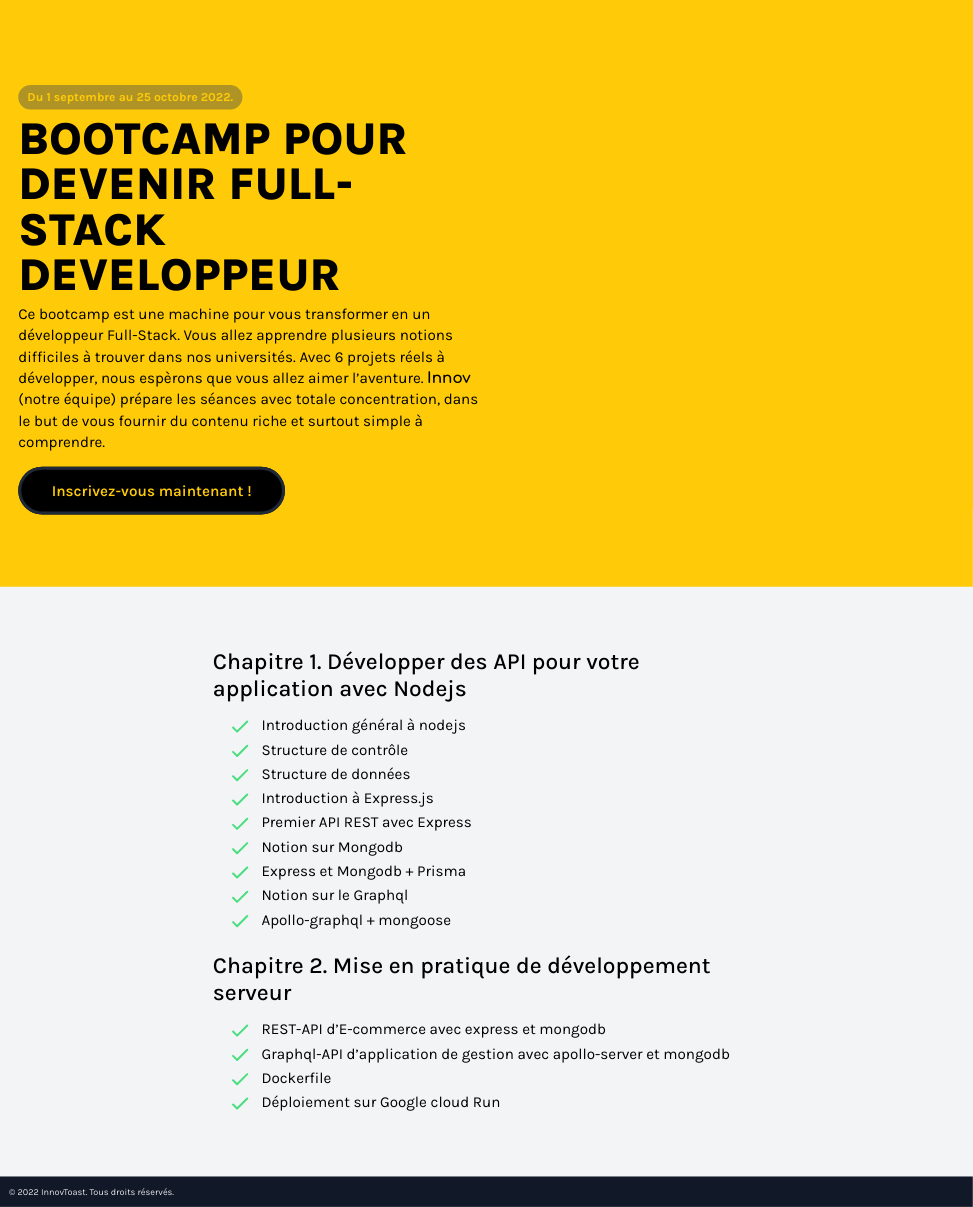
Repository: alfredlwanzo/course
Page: /
The author's editor kept a copy of each file at every save. The page is drawn from the files as they stood at one save, then again after the next save.
The browser window is 1280 px wide. The pictures show the whole page, at 76% of full size.
The project was rebuilt for these pictures with package versions that can differ from the ones it lists, and the page was loaded fresh each time. The framework's server and built-in components were replaced by stand-ins that run in the browser. Also part of the build but not shown: next.config.js.

Above is the page before, as saved 2022-08-08 17:55:42.

### pages/_app.tsx
import '../src/styles/globals.css'
import type { AppProps } from 'next/app'

function MyApp({ Component, pageProps }: AppProps) {
  return <Component {...pageProps} />
}

export default MyApp

### pages/index.tsx
import Footer from '@src/components/Footers/Footer'
import ContentSection from '@src/components/sections/Content'
import HomeSection from '@src/components/sections/Home'
import type { NextPage } from 'next'
import Head from 'next/head'
import Image from 'next/image'


const Home: NextPage = () => {
  return (
    <div className="">
      <Head>
        <title>Innov | Bootcamp pour devenir fullStack developpeur</title>
        <meta name="description" content="Generated by create next app" />
        <link rel="icon" href="/favicon.ico" />
      </Head>

      <main className="">
       <section className="bg-primary py-28">
        {/* section Home */}
        <HomeSection/>
       </section>
       <section className="py-20">
        <ContentSection/>
       </section>
      </main>

      <Footer/>
    </div>
  )
}

export default Home

### src/styles/globals.css

/* Fonts: Comfortaa & Karla */
@import url('https://fonts.googleapis.com/css2?family=Comfortaa:wght@300;400;500;600;700&display=swap');
@import url('https://fonts.googleapis.com/css2?family=Karla:ital,wght@0,200;0,300;0,400;0,500;0,600;0,700;0,800;1,200;1,300;1,400;1,500;1,600;1,700;1,800&display=swap');

/* tailwind */
@tailwind base;
@tailwind components;
@tailwind utilities;


html,
body {
  padding: 0;
  margin: 0;
  @apply bg-gray-100;
  font-family: 'Karla', sans-serif;
}

a {
  color: inherit;
  text-decoration: none;
}

* {
  box-sizing: border-box;
}

### src/components/Footers/Footer.tsx
import React from 'react'
import Copyright from './copyright'

const Footer = () => {
  return (
    <div className='bg-gray-900'>
        <Copyright/>
    </div>
  )
}

export default Footer

### src/components/sections/Content.tsx
import React from "react";
import { CheckIcon } from "@heroicons/react/outline";

const ContentSection = () => {
  return (
    <article className="max-w-3xl mx-auto px-3 sm:px-6">
        {/* Chapter 1 */}
      <div>
        <h2 className="text-3xl font-medium">
          Chapitre 1. Développer des API pour votre application avec Nodejs
        </h2>
        <ul className="list-inside pl-5 mt-4">
          <li className="text-xl ">
            <CheckIcon className="inline-block h-8 w-8 mr-3 text-green-400" />
            Introduction général à nodejs
          </li>
          <li className="text-xl ">
            <CheckIcon className="inline-block h-8 w-8 mr-3 text-green-400" />
            Structure de contrôle
          </li>
          <li className="text-xl ">
            <CheckIcon className="inline-block h-8 w-8 mr-3 text-green-400" />
            Structure de données
          </li>
          <li className="text-xl ">
            <CheckIcon className="inline-block h-8 w-8 mr-3 text-green-400" />
            Introduction à Express.js
          </li>
          <li className="text-xl ">
            <CheckIcon className="inline-block h-8 w-8 mr-3 text-green-400" />
            Premier API REST avec Express
          </li>
          <li className="text-xl ">
            <CheckIcon className="inline-block h-8 w-8 mr-3 text-green-400" />
            Notion sur Mongodb
          </li>
          <li className="text-xl ">
            <CheckIcon className="inline-block h-8 w-8 mr-3 text-green-400" />
            Express et Mongodb + Prisma
          </li>
          <li className="text-xl ">
            <CheckIcon className="inline-block h-8 w-8 mr-3 text-green-400" />
            Notion sur le Graphql
          </li>
          <li className="text-xl ">
            <CheckIcon className="inline-block h-8 w-8 mr-3 text-green-400" />
            Apollo-graphql + mongoose
          </li>
        </ul>
      </div>
      {/* Chapitre 2 */}
      <div className="mt-6">
        <h2 className="text-3xl font-medium">
        Chapitre 2. Mise en pratique de développement serveur
        </h2>
        <ul className="list-inside pl-5 mt-4 ">
          <li className="text-xl ">
            <CheckIcon className="inline-block h-8 w-8 mr-3 text-green-400" />
            REST-API d’E-commerce avec express et mongodb
          </li>
          <li className="text-xl ">
            <CheckIcon className="inline-block h-8 w-8 mr-3 text-green-400" />
            Graphql-API d’application de gestion avec apollo-server et mongodb
          </li>
          <li className="text-xl ">
            <CheckIcon className="inline-block h-8 w-8 mr-3 text-green-400" />
            Dockerfile
          </li>
          <li className="text-xl ">
            <CheckIcon className="inline-block h-8 w-8 mr-3 text-green-400" />
            Déploiement sur Google cloud Run
          </li>
        </ul>
      </div>
    </article>
  );
};

export default ContentSection;

### src/components/sections/Home.tsx
import React from "react";
import PairProgramming from "../icons/PairProgramming";

const HomeSection = () => {
  return (
    <div className="max-w-7xl mx-auto px-3 sm:px-6">
      <div className="grid md:grid-cols-2 gap-10 lg:gap-0">
        <div>
          <div className="bg-gray-700 bg-opacity-40 w-max py-1 px-3 rounded-full">
            <h6 className="font-bold text-primary">
              {" "}
              Du 1 septembre au 25 octobre 2022.
            </h6>
          </div>
          <h1 className="text-5xl md:text-6xl font-extrabold uppercase mt-2">
            Bootcamp pour devenir full-stack developpeur
          </h1>
          <p className="text-xl mt-2">
            Ce bootcamp est une machine pour vous transformer en un développeur
            Full-Stack. Vous allez apprendre plusieurs notions difficiles à
            trouver dans nos universités. Avec 6 projets réels à développer,
            nous espèrons que vous allez aimer l’aventure.{" "}
            <span className="font-comfortaa font-bold">Innov</span> (notre
            équipe) prépare les séances avec totale concentration, dans le but
            de vous fournir du contenu riche et surtout simple à comprendre.
          </p>
          <div className="mt-9">
            <a href="https://wa.me/+243978154329" target="_blank" rel="noreferrer" className="bg-black text-primary py-4 px-10 text-xl font-semibold rounded-full border-4 border-gray-800 hover:bg-opacity-95 hover:border-gray-900">
                Inscrivez-vous maintenant !
            </a>
          </div>
        </div>
        <div className="flex items-center justify-center">
          {/* <PairProgramming className=" w-auto h-72 md:h-80" /> */}
        </div>
      </div>
    </div>
  );
};

export default HomeSection;

### src/components/Footers/copyright.tsx
import React from 'react'

const Copyright = () => {
  return (
    <div className='max-w-7xl mx-auto px-3 sm:px-6" py-3 text-gray-200 '>
        <p className='text-xs'>© 2022 InnovToast. Tous droits réservés.</p>
    </div>
  )
}

export default Copyright

### tailwind.config.js
/** @type {import('tailwindcss').Config} */
module.exports = {
  purge: ["./pages/**/*.{js,ts,jsx,tsx}", "./src/**/*.{js,ts,jsx,tsx}"],
  darkMode: "class", // or 'media' or false
  theme: {
    extend: {
      fontFamily: {
        karla: ["Karla","sans-serif"],
        comfortaa:["Comfortaa","cursive"],
      },
      colors:{
        "primary":"#FFCB08",
      }
    },

  },
  plugins: [],
}

After the next save:
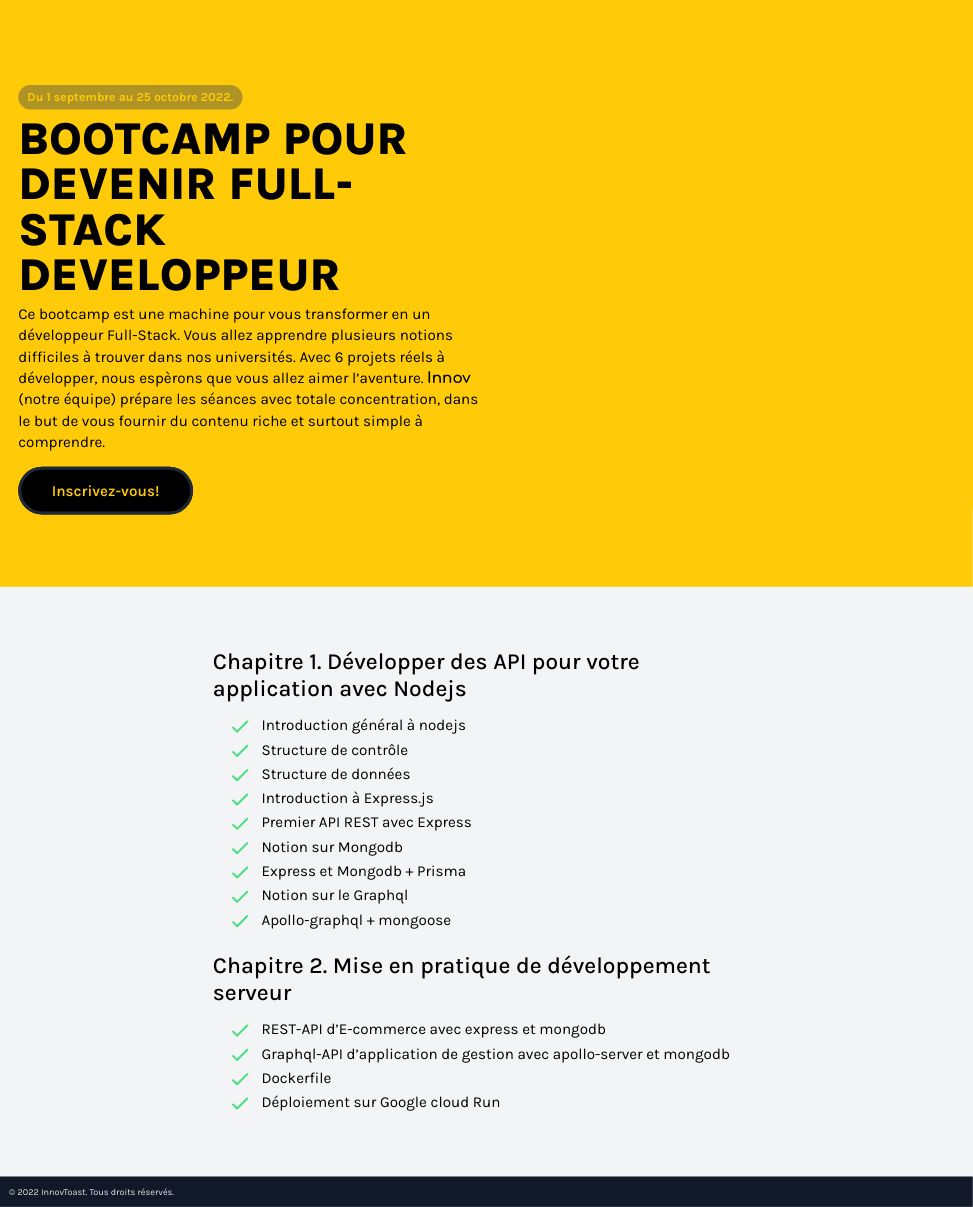
Saved 58 s later.
--- a/src/components/sections/Home.tsx
+++ b/src/components/sections/Home.tsx
@@ -26,7 +26,7 @@
           </p>
           <div className="mt-9">
             <a href="https://wa.me/+243978154329" target="_blank" rel="noreferrer" className="bg-black text-primary py-4 px-10 text-xl font-semibold rounded-full border-4 border-gray-800 hover:bg-opacity-95 hover:border-gray-900">
-                Inscrivez-vous maintenant !
+                Inscrivez-vous!
             </a>
           </div>
         </div>
